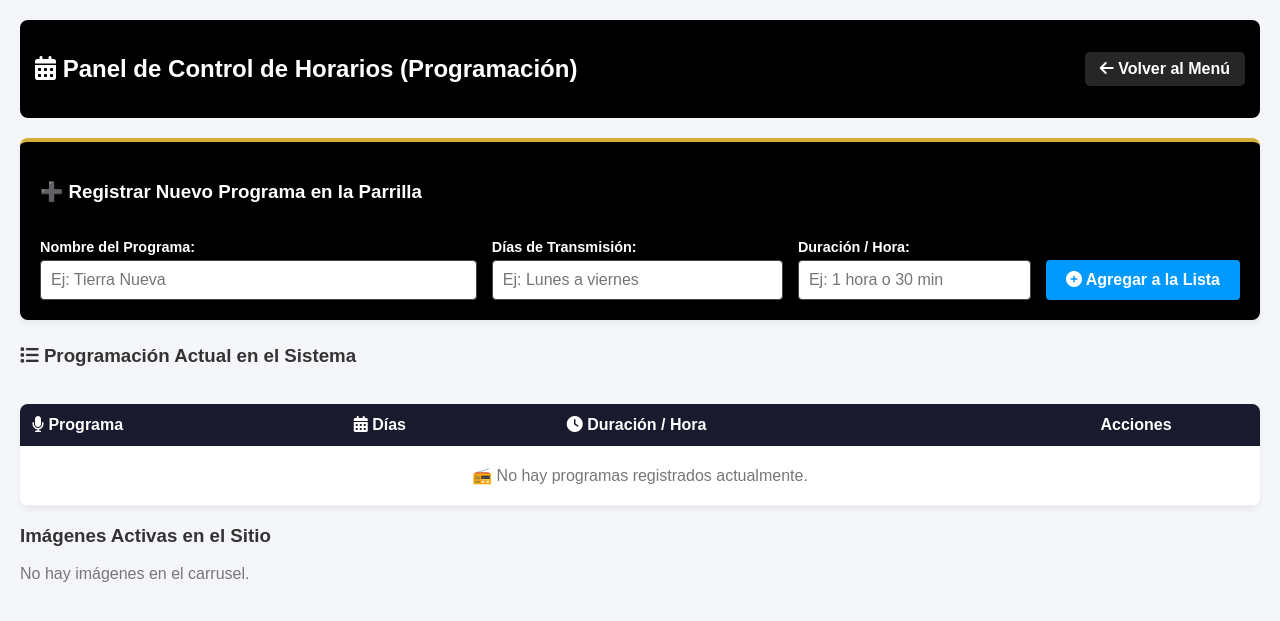
Repository: dalila777-xu/radiopakal1040am
Page: http://localhost/admin_programacion.php
The author's editor kept a copy of each file at every save. The page is drawn from the files as they stood at one save, then again after the next save.
The browser window is 1280 px wide. The pictures show the whole page.
The page is run by PHP 8.4 with error messages shown; the project is at /var/www/html/. The session is filled in as if someone had signed in: {"usuario": "testuser", "nombre": "testuser"}. Other server files are loaded and not shown. Queries for data that is not in the repository find no rows.

Above is the page before, as saved 2026-07-07 19:13:50.

### admin_programacion.php
<?php
session_start();
if (!isset($_SESSION['usuario'])) {
    header("Location: index.php");
    exit();
}
include("db.php");

$mensaje = "";

// --- ACCIÓN 1: INSERTAR NUEVO PROGRAMA ---
if (isset($_POST['agregar'])) {
    $programa = mysqli_real_escape_string($conn, $_POST['programa']);
    $dia = mysqli_real_escape_string($conn, $_POST['dia']);
    $hora = mysqli_real_escape_string($conn, $_POST['hora']);

    if (!empty($programa) && !empty($dia) && !empty($hora)) {
        // Corregido: Insertar en las tres columnas correctas de la base de datos
        $query = "INSERT INTO programacion (programa, dia, hora) VALUES ('$programa', '$dia', '$hora')";
        if (mysqli_query($conn, $query)) {
            $mensaje = "<div class='alert success'>✨ Programa agregado correctamente a la lista.</div>";
        } else {
            $mensaje = "<div class='alert error'>❌ Error al agregar: " . mysqli_error($conn) . "</div>";
        }
    } else {
        $mensaje = "<div class='alert error'>⚠️ Por favor, llena todos los campos del formulario.</div>";
    }
}

// --- ACCIÓN 2: ELIMINAR PROGRAMA ---
if (isset($_GET['eliminar'])) {
    $id = intval($_GET['eliminar']);
    $query = "DELETE FROM programacion WHERE id = $id";
    if (mysqli_query($conn, $query)) {
        $mensaje = "<div class='alert success'>🗑️ Programa eliminado con éxito.</div>";
    } else {
        $mensaje = "<div class='alert error'>❌ Error al eliminar el registro.</div>";
    }
}

// --- ACCIÓN 3: ACTUALIZAR PROGRAMA EN BD ---
if (isset($_POST['actualizar'])) {
    $id = intval($_POST['id']);
    $programa = mysqli_real_escape_string($conn, $_POST['programa']);
    $dia = mysqli_real_escape_string($conn, $_POST['dia']);
    $hora = mysqli_real_escape_string($conn, $_POST['hora']);

    // Corregido: Mapear la actualización con las columnas correctas de la tabla
    $query = "UPDATE programacion SET programa = '$programa', dia = '$dia', hora = '$hora' WHERE id = $id";
    if (mysqli_query($conn, $query)) {
        $mensaje = "<div class='alert success'>🔄 Programa actualizado correctamente.</div>";
    } else {
        $mensaje = "<div class='alert error'>❌ Error al actualizar el registro.</div>";
    }
}

// --- PASO PREVIO PARA EDITAR (Cargar datos en el formulario) ---
$edit_mode = false;
$edit_id = "";
$edit_programa = "";
$edit_dia = "";
$edit_hora = "";

if (isset($_GET['editar'])) {
    $edit_mode = true;
    $id_editar = intval($_GET['editar']);
    $res_edit = mysqli_query($conn, "SELECT * FROM programacion WHERE id = $id_editar");
    if ($res_edit && mysqli_num_rows($res_edit) > 0) {
        $row_edit = mysqli_fetch_assoc($res_edit);
        $edit_id = $row_edit['id'];
        $edit_programa = $row_edit['programa'];
        $edit_dia = $row_edit['dia'];
        $edit_hora = $row_edit['hora'];
    }
}
?>
<!DOCTYPE html>
<html lang="es">
<head>
    <meta charset="UTF-8">
    <meta name="viewport" content="width=device-width, initial-scale=1.0">
    <title>Administrar Programación | Radio Pakal</title>
    <link rel="stylesheet" href="https://cdnjs.cloudflare.com/ajax/libs/font-awesome/6.0.0-beta3/css/all.min.css">
    <style>
        body { font-family: sans-serif; background: #f4f6f9; margin: 0; padding: 20px; color: #333; }
        .header-modulo { background: #000000; color: white; padding: 15px; border-radius: 8px; display: flex; justify-content: space-between; align-items: center; margin-bottom: 20px; }
        .header-modulo a { color: white; text-decoration: none; font-weight: bold; background: rgba(255,255,255,0.15); padding: 8px 15px; border-radius: 5px; }
        .form-container { background: #000000; color: white; padding: 20px; border-radius: 8px; box-shadow: 0 4px 6px rgba(0,0,0,0.05); margin-bottom: 25px; border-top: 4px solid #D4AF37; }
        .form-inline { display: flex; flex-wrap: wrap; gap: 15px; align-items: flex-end; }
        .form-group { display: flex; flex-direction: column; }
        .form-group label { font-weight: bold; margin-bottom: 5px; font-size: 0.9rem; color: white; }
        .form-group input { padding: 10px; border: 1px solid #444; border-radius: 4px; font-size: 1rem; background: #fff; color: #000; }
        .btn-submit { background: #0099FF; color: white; border: none; padding: 11px 20px; border-radius: 4px; font-weight: bold; cursor: pointer; font-size: 1rem; }
        .btn-update { background: #D4AF37; color: #1a1a2e; }
        .btn-cancel { background: #666; color: white; text-decoration: none; padding: 11px 20px; border-radius: 4px; font-weight: bold; font-size: 0.9rem; display: inline-block; }
        table { width: 100%; border-collapse: collapse; background: white; border-radius: 8px; overflow: hidden; box-shadow: 0 4px 6px rgba(0,0,0,0.05); }
        th { background: #1a1a2e; color: white; padding: 12px; text-align: left; }
        td { padding: 12px; border-bottom: 1px solid #eee; }
        tr:hover td { background: #fdf9f0; }
        .actions-btns a { text-decoration: none; padding: 5px 10px; border-radius: 4px; font-size: 0.85rem; font-weight: bold; margin-right: 5px; display: inline-block; }
        .btn-edit { background: #1a9154; color: #ffffff; }
        .btn-delete { background: #8B2C2D; color: white; }
        .alert { padding: 12px; border-radius: 5px; margin-bottom: 15px; font-weight: bold; }
        .success { background: #d4edda; color: #155724; border: 1px solid #c3e6cb; }
        .error { background: #f8d7da; color: #721c24; border: 1px solid #f5c6cb; }
    </style>
</head>
<body>

    <div class="header-modulo">
        <h2><i class="fas fa-calendar-alt"></i> Panel de Control de Horarios (Programación)</h2>
        <a href="admin.php"><i class="fas fa-arrow-left"></i> Volver al Menú</a>
    </div>

    <?php echo $mensaje; ?>

    <div class="form-container">
        <h3><?php echo $edit_mode ? "📝 Modificar Programa Seleccionado" : "➕ Registrar Nuevo Programa en la Parrilla"; ?></h3>
        <br>
        <form action="admin_programacion.php" method="POST" class="form-inline">
            <?php if ($edit_mode): ?>
                <input type="hidden" name="id" value="<?php echo $edit_id; ?>">
            <?php endif; ?>

            <div class="form-group" style="flex: 1.5; min-width: 200px;">
                <label>Nombre del Programa:</label>
                <input type="text" name="programa" placeholder="Ej: Tierra Nueva" required value="<?php echo htmlspecialchars($edit_programa); ?>">
            </div>

            <div class="form-group" style="flex: 1; min-width: 180px;">
                <label>Días de Transmisión:</label>
                <input type="text" name="dia" placeholder="Ej: Lunes a viernes" required value="<?php echo htmlspecialchars($edit_dia); ?>">
            </div>

            <div class="form-group" style="flex: 0.8; min-width: 130px;">
                <label>Duración / Hora:</label>
                <input type="text" name="hora" placeholder="Ej: 1 hora o 30 min" required value="<?php echo htmlspecialchars($edit_hora); ?>">
            </div>

            <div>
                <?php if ($edit_mode): ?>
                    <button type="submit" name="actualizar" class="btn-submit btn-update"><i class="fas fa-save"></i> Guardar Cambios</button>
                    <a href="admin_programacion.php" class="btn-cancel">Cancelar</a>
                <?php else: ?>
                    <button type="submit" name="agregar" class="btn-submit"><i class="fas fa-plus-circle"></i> Agregar a la Lista</button>
                <?php endif; ?>
            </div>
        </form>
    </div>

    <h3><i class="fas fa-list"></i> Programación Actual en el Sistema</h3>
    <br>
    <table>
        <thead>
            <tr>
                <th><i class="fas fa-microphone"></i> Programa</th>
                <th><i class="fas fa-calendar-alt"></i> Días</th>
                <th><i class="fas fa-clock"></i> Duración / Hora</th>
                <th style="width: 20%; text-align: center;">Acciones</th>
            </tr>
        </thead>
        <tbody>
            <?php
            // Ajustado para leer la estructura de la base de datos de manera uniforme
            $result = mysqli_query($conn, "SELECT * FROM programacion");
            if ($result && mysqli_num_rows($result) > 0) {
                while ($row = mysqli_fetch_assoc($result)) {
                    echo "<tr>";
                    echo "<td>" . htmlspecialchars($row['programa']) . "</td>";
                    echo "<td><strong>" . htmlspecialchars($row['dia']) . "</strong></td>";
                    echo "<td>" . htmlspecialchars($row['hora']) . "</td>";
                    echo "<td class='actions-btns' style='text-align: center;'>";
                    echo "<a href='admin_programacion.php?editar=" . $row['id'] . "' class='btn-edit'><i class='fas fa-edit'></i> Editar</a>";
                    echo "<a href='admin_programacion.php?eliminar=" . $row['id'] . "' class='btn-delete' onclick='return confirm(\"¿Estás seguro de que deseas eliminar este programa?\");'><i class='fas fa-trash-alt'></i> Borrar</a>";
                    echo "</td>";
                    echo "</tr>";
                }
            } else {
                echo "<tr><td colspan='4' style='text-align: center; color: #777; padding: 20px;'>📻 No hay programas registrados actualmente.</td></tr>";
            }
            ?>
        </tbody>
    </table>

    <h3>Imágenes Activas en el Sitio</h3>
    <div class="grid-imagenes">
        <?php if (isset($imagenes_carrusel) && mysqli_num_rows($imagenes_carrusel) > 0): ?>
            <?php while($img = mysqli_fetch_assoc($imagenes_carrusel)): ?>
                <div class="img-card">
                    <img src="<?php echo htmlspecialchars($img['ruta_imagen']); ?>" alt="">
                    <p style="font-size:0.8rem; margin: 8px 5px 0; color:#555; text-overflow: ellipsis; white-space: nowrap; overflow: hidden;">
                        <?php echo htmlspecialchars($img['titulo']); ?>
                    </p>
                    <a href="admin_carrusel.php?eliminar=<?php echo $img['id']; ?>" class="btn-delete" onclick="return confirm('¿Estás seguro de eliminar esta foto?')"><i class="fas fa-trash-alt"></i> Eliminar</a>
                </div>
            <?php endwhile; ?>
        <?php else: ?>
            <p style="color: #777;">No hay imágenes en el carrusel.</p>
        <?php endif; ?>
    </div>

</body>
</html>

### db.php
<?php
$servername = "localhost";
$username = "root";   // usuario por defecto en XAMPP
$password = "12345678";       // normalmente vacío
$database = "radio_pakal"; // tu base de datos

$conn = mysqli_connect($servername, $username, $password, $database);

if (!$conn) {
    die("Error de conexión: " . mysqli_connect_error());
}
?>

After the next save:
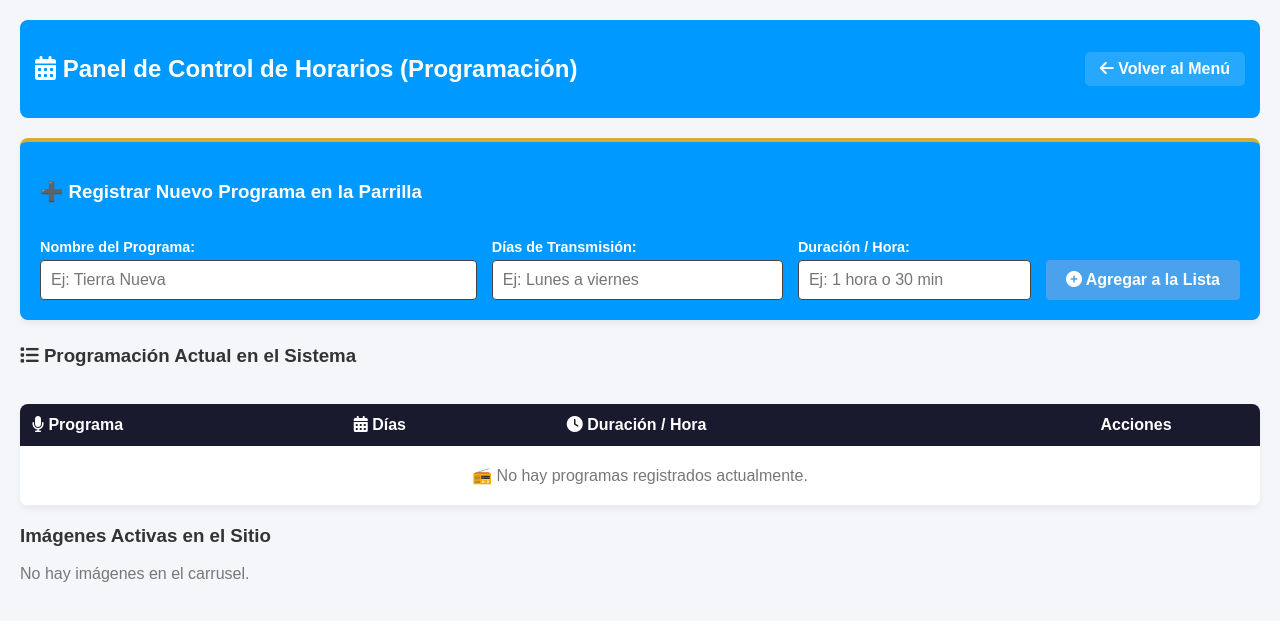
Saved 54 s later.
--- a/admin_programacion.php
+++ b/admin_programacion.php
@@ -83,14 +83,14 @@ if (isset($_GET['editar'])) {
     <link rel="stylesheet" href="https://cdnjs.cloudflare.com/ajax/libs/font-awesome/6.0.0-beta3/css/all.min.css">
     <style>
         body { font-family: sans-serif; background: #f4f6f9; margin: 0; padding: 20px; color: #333; }
-        .header-modulo { background: #000000; color: white; padding: 15px; border-radius: 8px; display: flex; justify-content: space-between; align-items: center; margin-bottom: 20px; }
+        .header-modulo { background: #0099FF; color: white; padding: 15px; border-radius: 8px; display: flex; justify-content: space-between; align-items: center; margin-bottom: 20px; }
         .header-modulo a { color: white; text-decoration: none; font-weight: bold; background: rgba(255,255,255,0.15); padding: 8px 15px; border-radius: 5px; }
-        .form-container { background: #000000; color: white; padding: 20px; border-radius: 8px; box-shadow: 0 4px 6px rgba(0,0,0,0.05); margin-bottom: 25px; border-top: 4px solid #D4AF37; }
+        .form-container { background: #0099FF; color: white; padding: 20px; border-radius: 8px; box-shadow: 0 4px 6px rgba(0,0,0,0.05); margin-bottom: 25px; border-top: 4px solid #D4AF37; }
         .form-inline { display: flex; flex-wrap: wrap; gap: 15px; align-items: flex-end; }
         .form-group { display: flex; flex-direction: column; }
         .form-group label { font-weight: bold; margin-bottom: 5px; font-size: 0.9rem; color: white; }
         .form-group input { padding: 10px; border: 1px solid #444; border-radius: 4px; font-size: 1rem; background: #fff; color: #000; }
-        .btn-submit { background: #0099FF; color: white; border: none; padding: 11px 20px; border-radius: 4px; font-weight: bold; cursor: pointer; font-size: 1rem; }
+        .btn-submit { background: #4aa1ec; color: white; border: none; padding: 11px 20px; border-radius: 4px; font-weight: bold; cursor: pointer; font-size: 1rem; }
         .btn-update { background: #D4AF37; color: #1a1a2e; }
         .btn-cancel { background: #666; color: white; text-decoration: none; padding: 11px 20px; border-radius: 4px; font-weight: bold; font-size: 0.9rem; display: inline-block; }
         table { width: 100%; border-collapse: collapse; background: white; border-radius: 8px; overflow: hidden; box-shadow: 0 4px 6px rgba(0,0,0,0.05); }
